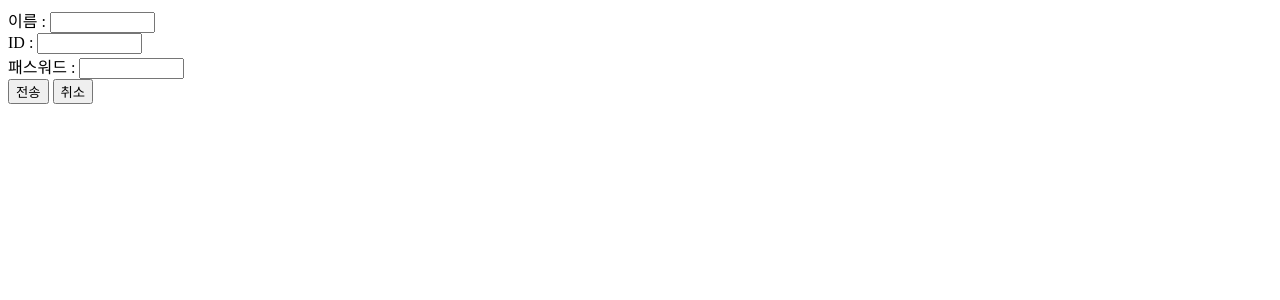
Repository: HyeogDo/Study_Java
Page: http://localhost/JSP/requestForm.jsp
An editor plug-in stored every save of this project. The page is shown before and after the next save, followed by the edit.
The browser window is 1280 px wide. The pictures show the whole page.
The page is served by Tomcat 9.

Above is the page before, as saved 2022-03-16 06:16:51.

After the next save:
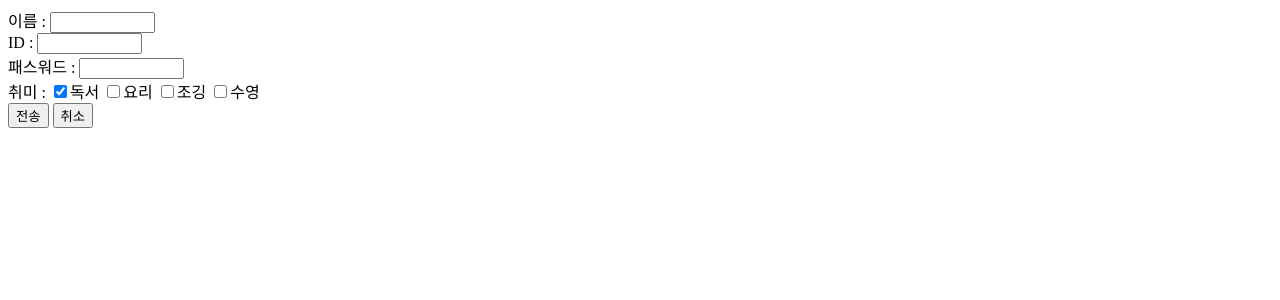
Saved 4 min 26 s later.
--- a/JSP/JSP/src/main/webapp/requestForm.jsp
+++ b/JSP/JSP/src/main/webapp/requestForm.jsp
@@ -11,6 +11,11 @@
 			이름 : <input type="text" name="name" size="10"><br>
 			ID : <input type="text" name="id" size="10"><br>
 			패스워드 : <input type="password" name="pw" size="10"><br>
+			취미 :
+				<input type="checkbox" name="hobby" value="독서" checked="checked">독서
+				<input type="checkbox" name="hobby" value="요리">요리
+				<input type="checkbox" name="hobby" value="조깅">조깅
+				<input type="checkbox" name="hobby" value="수영">수영<br>
 
 
 			<input type="submit" value="전송">
